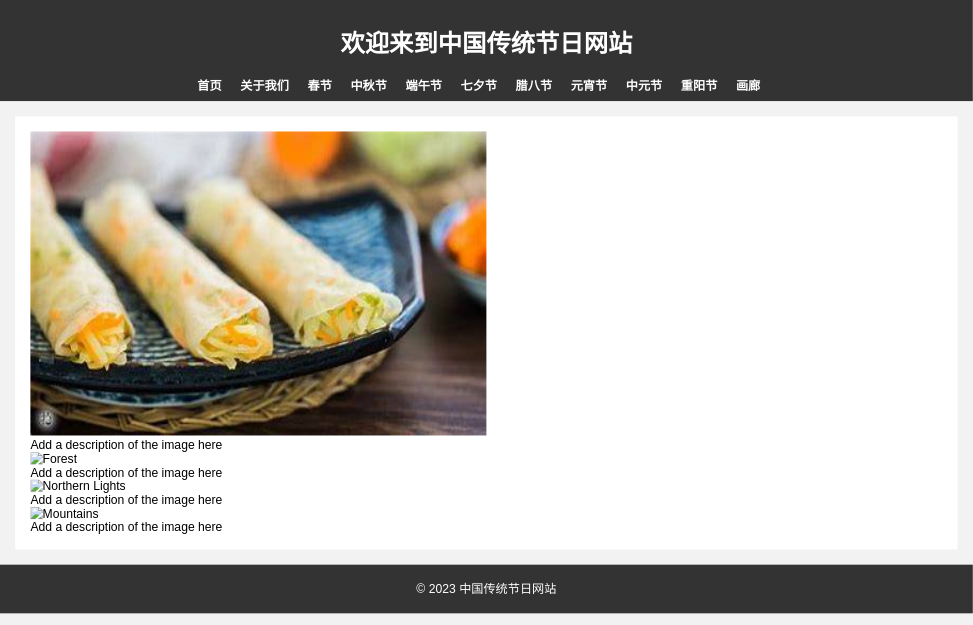
Repository: XueJie1/computer-operation-basics
Page: pages/gallery.html
An editor plug-in stored every save of this project. The page is shown before and after the next save, followed by the edit.
The browser window is 1280 px wide. The pictures show the whole page, at 76% of full size.

Above is the page before, as saved 2023-09-04 19:02:54.
Not found: pages/img_forest.jpg
Not found: pages/img_lights.jpg
Not found: pages/img_mountains.jpg

### pages/gallery.html
<!DOCTYPE html>
<html lang="zh-CN">

<head>
    <meta charset="UTF-8">
    <meta name="viewport" content="width=device-width, initial-scale=1.0">
    <title>画廊 —— 中国传统节日</title>
    <link rel="stylesheet" type="text/css" href="../css/styles.css" />
    <script src="https://cdn.bootcdn.net/ajax/libs/jquery/3.6.4/jquery.js"></script>
</head>

<body>
    <header>
        <h1>欢迎来到中国传统节日网站</h1>
        <nav>
            <ul>
                <li><a href="index.html">首页</a></li>
                <li><a href="about.html">关于我们</a></li>
                <li><a href="./springfes/springfestival.html">春节</a></li>
                <li><a href="./midautumn/midautumnfestival.html">中秋节</a></li>
                <li><a href="./dragonboatfes/dragonboatfestival.html">端午节</a></li>
                <li><a href="./qixifes/qixifestival.html">七夕节</a></li>
                <li><a href="./labafes/labafestival.html">腊八节</a></li>
                <li><a href="./lanternfes/lanternfestival.html">元宵节</a></li>
                <li><a href="./hungryghostfes/hungryghostfestival.html">中元节</a></li>
                <li><a href="./doubleninthfes/doubleninthfestival.html">重阳节</a></li>
                <li><a href="#">画廊</a></li>
            </ul>
        </nav>
    </header>
    <main>
        <div class="gallery">
            <img src="../img/chunbing.jpg" alt="chunbing" width="600" height="400">

            <div class="desc">Add a description of the image here</div>
        </div>

        <div class="gallery">

            <img src="img_forest.jpg" alt="Forest" width="600" height="400">

            <div class="desc">Add a description of the image here</div>
        </div>

        <div class="gallery">
            <img src="img_lights.jpg" alt="Northern Lights" width="600" height="400">
            <div class="desc">Add a description of the image here</div>
        </div>

        <div class="gallery">
            <img src="img_mountains.jpg" alt="Mountains" width="600" height="400">

            <div class="desc">Add a description of the image here</div>
        </div>
    </main>


    <footer>
        <p>&copy; 2023 中国传统节日网站</p>
    </footer>
</body>

</html>

### css/styles.css

body {
    font-family: Arial, sans-serif;
    margin: 0;
    padding: 0;
    background-color: #f2f2f2;
}

header , .header{
    background-color: #333;
    color: #fff;
    padding: 10px 0;
}


.header h1, header h1{
    text-align: center;
    text-decoration: none;
    color: #fff;
}

.banner {
    text-align: center;
    width: 100%;
    height: auto;
}

nav ul {
    list-style-type: none;
    margin: 0;
    padding: 0;
    text-align: center;
}

nav ul li {
    display: inline;
    margin-right: 20px;
}

nav ul li a {
    text-decoration: none;
    color: #fff;
    font-weight: bold;
    font-size: 16px;
}

nav ul li a:hover {
    color: #ff9900; /* 鼠标悬停时的颜色 */
}

main {
    margin: 20px 20px 20px 20px;
}

footer p , .footer p{
    color: #fff;
    text-align: center;
    background-color: #333;
    padding-top: 20px;
    padding-bottom: 20px;
}

/* 为网页容器设置样式 */
.container {
    display: flex;
}

/* 侧边栏样式 */
.sidebar {
    flex: 0 0 10%; /* 侧边栏占据25%的宽度 */
    background-color: #333;
    color: #fff;
    padding: 20px;
}

.sidebar ul {
    list-style-type: none;
    padding: 0;
}

.sidebar ul li {
    margin-bottom: 10px;
}

.sidebar ul li a {
    text-decoration: none;
    color: #fff;
    font-weight: bold;
    font-size: 16px;
}

/* 主内容区域样式 */
main {
    flex: 0 0 75%; /* 主内容区域占据75%的宽度 */
    background-color: #fff;
    padding: 20px;
}

/* 标题样式 */
/* h1 {
    font-size: 28px;
    color: #333;
    margin-top: 0;
} */

h2 {
    text-align: center;
    font-size: 24px;
    color: #333;
}

h3 {
    text-align: center;
}

/* 正文样式 */
p {
    font-size: 16px;
    line-height: 1.5;
    color: #555;
}

section {
    margin-left: 20px;
}

.img {
    text-align: center;
}

.img img {
    width: 350px;
    height: auto;
}

main li {
    color: #555;
}

After the next save:
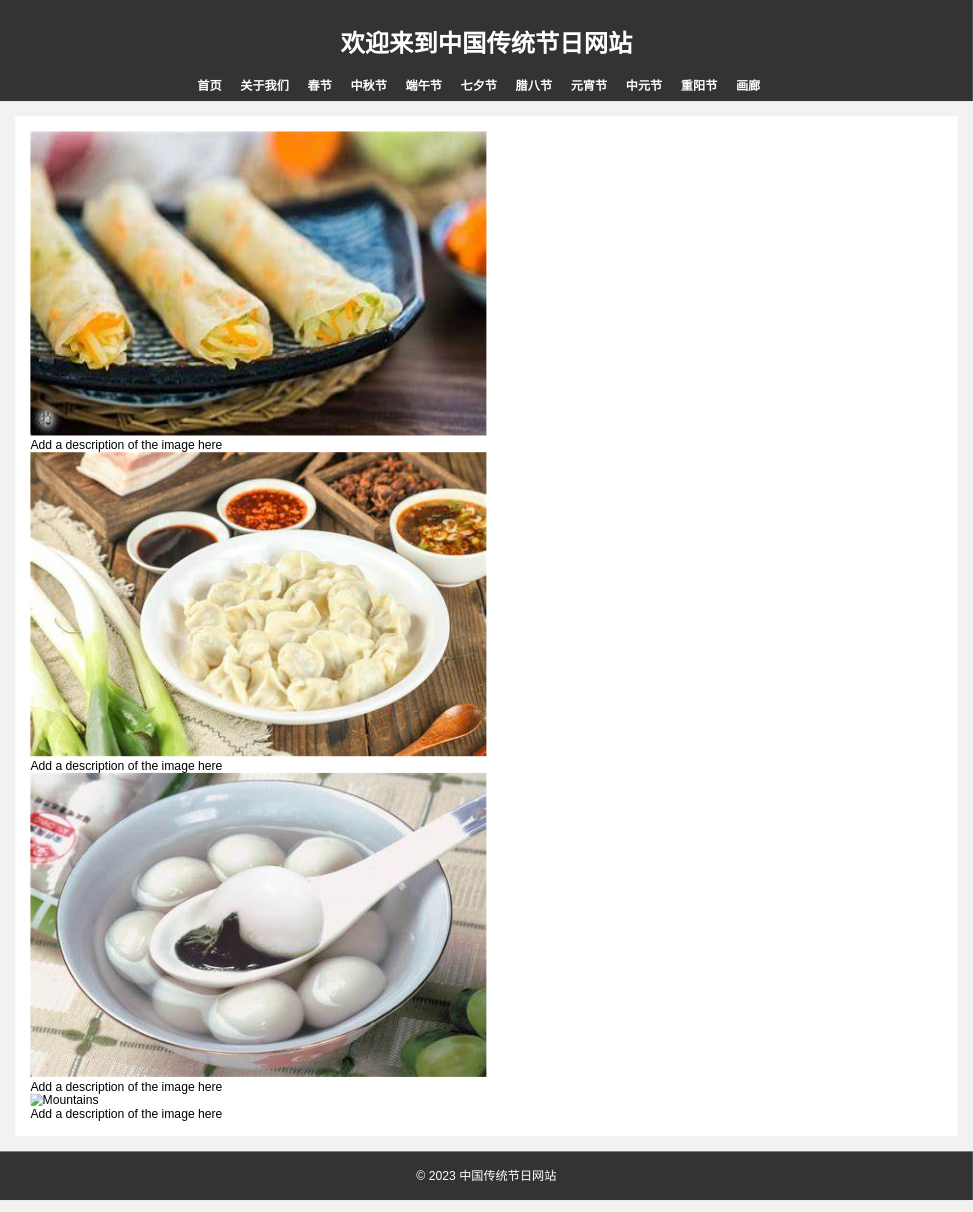
Saved 80 s later.
--- a/pages/gallery.html
+++ b/pages/gallery.html
@@ -37,13 +37,13 @@
 
         <div class="gallery">
 
-            <img src="img_forest.jpg" alt="Forest" width="600" height="400">
+            <img src="../img/jiaozi.jpg" alt="jiaozi" width="600" height="400">
 
             <div class="desc">Add a description of the image here</div>
         </div>
 
         <div class="gallery">
-            <img src="img_lights.jpg" alt="Northern Lights" width="600" height="400">
+            <img src="../img/yuanxiao.jpg" alt="yuanxiao" width="600" height="400">
             <div class="desc">Add a description of the image here</div>
         </div>
 
